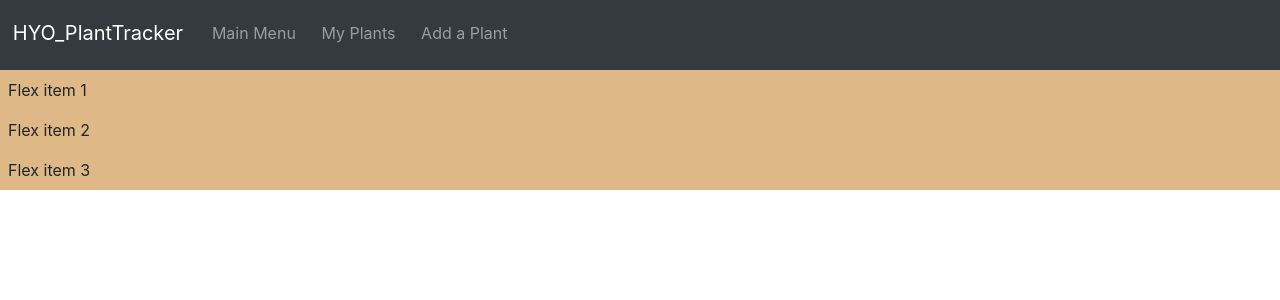
Repository: emersonwilliams/HYO_PlantTracker
Page: capstone_app/plant_tracker/templates/myplants.html
The author's editor kept a copy of each file at every save. The page is drawn from the files as they stood at one save, then again after the next save.
The browser window is 1280 px wide. The pictures show the whole page.

Above is the page before, as saved 2020-08-02 01:32:25.

### capstone_app/plant_tracker/templates/myplants.html
<!-- this is the page where you can see all of your plants -->

<!DOCTYPE html>
<html lang="en">
<head>
    <meta charset="UTF-8">
    <title>Title</title>

</head>

<body>
    <link rel="stylesheet" href="https://stackpath.bootstrapcdn.com/bootstrap/4.5.0/css/bootstrap.min.css" integrity="sha384-9aIt2nRpC12Uk9gS9baDl411NQApFmC26EwAOH8WgZl5MYYxFfc+NcPb1dKGj7Sk" crossorigin="anonymous">
    <script src="https://code.jquery.com/jquery-3.5.1.slim.min.js" integrity="sha384-DfXdz2htPH0lsSSs5nCTpuj/zy4C+OGpamoFVy38MVBnE+IbbVYUew+OrCXaRkfj" crossorigin="anonymous"></script>
    <script src="https://cdn.jsdelivr.net/npm/popper.js@1.16.0/dist/umd/popper.min.js" integrity="sha384-Q6E9RHvbIyZFJoft+2mJbHaEWldlvI9IOYy5n3zV9zzTtmI3UksdQRVvoxMfooAo" crossorigin="anonymous"></script>

    <link rel="stylesheet" type = "text/css" href='../static/css/myplants.css'>

    <nav class="navbar navbar-expand-lg navbar-dark bg-dark">
    <a class="navbar-brand" href="#">HYO_PlantTracker</a>
    <button class="navbar-toggler" type="button" data-toggle="collapse" data-target="#navbarNavAltMarkup" aria-controls="navbarNavAltMarkup" aria-expanded="false" aria-label="Toggle navigation">
      <span class="navbar-toggler-icon"></span>
    </button>
    <div class="collapse navbar-collapse" id="navbarNavAltMarkup">
      <div class="navbar-nav">
        <a class="nav-item nav-link  op1" href="#">Main Menu <span class="sr-only"></span></a>
        <a class="nav-item nav-link op1 " href="#">My Plants</a>
        <a class="nav-item nav-link op1" href="#">Add a Plant</a>
      </div>
    </div>
  </nav>
  <div class="d-flex flex-column bd-highlight mb-3 jj">
    <div class="p-2 bd-highlight k1">Flex item 1</div>
    <div class="p-2 bd-highlight k1">Flex item 2</div>
    <div class="p-2 bd-highlight k1">Flex item 3</div>
  </div>
</body>

</html>

### capstone_app/plant_tracker/static/css/myplants.css
.navbar{
    padding: 0.5em 0.8em 0.8em 0.8em;

}
.op1{
    /* padding: 2em 2em 2em 2em; */
    margin: 0.3em ;
    background-color: #;
}

.k1{
    background-color: burlywood;
}

After the next save:
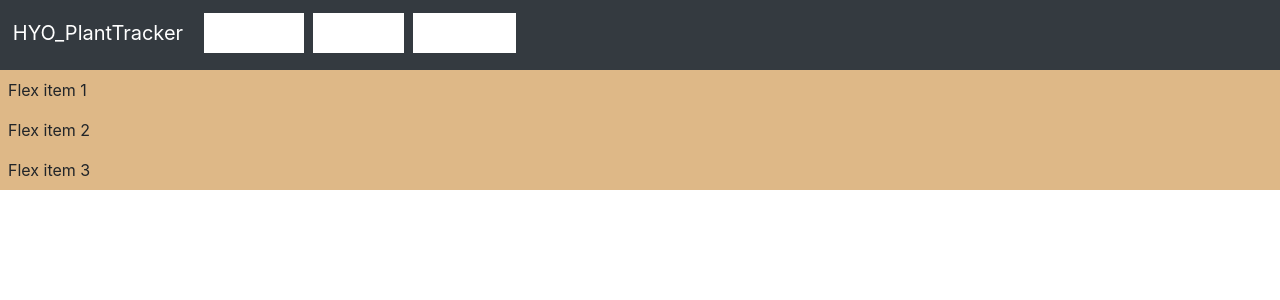
Saved 4 s later.
--- a/capstone_app/plant_tracker/static/css/myplants.css
+++ b/capstone_app/plant_tracker/static/css/myplants.css
@@ -5,7 +5,7 @@
 .op1{
     /* padding: 2em 2em 2em 2em; */
     margin: 0.3em ;
-    background-color: #;
+    background-color: #ffffff;
 }
 
 .k1{

After the 3 saves that followed:
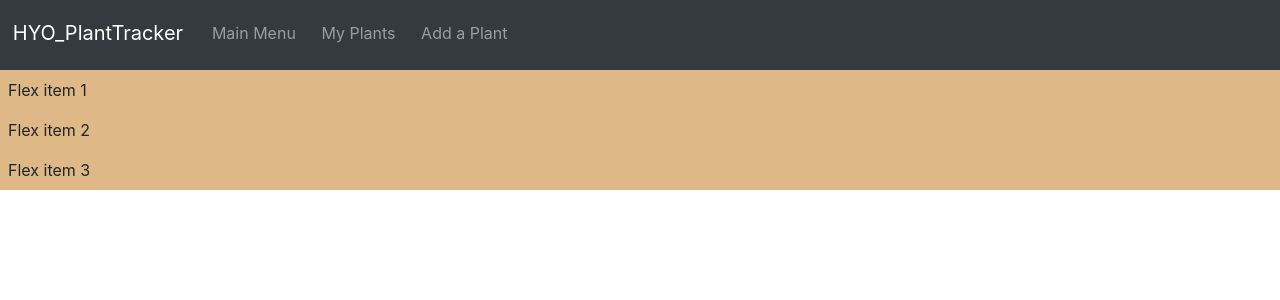
The 3 saves are shown as one change because they came seconds apart.
The last was saved 15 s later.
--- a/capstone_app/plant_tracker/static/css/myplants.css
+++ b/capstone_app/plant_tracker/static/css/myplants.css
@@ -5,7 +5,7 @@
 .op1{
     /* padding: 2em 2em 2em 2em; */
     margin: 0.3em ;
-    background-color: #ffffff;
+    background-color:   ;
 }
 
 .k1{
